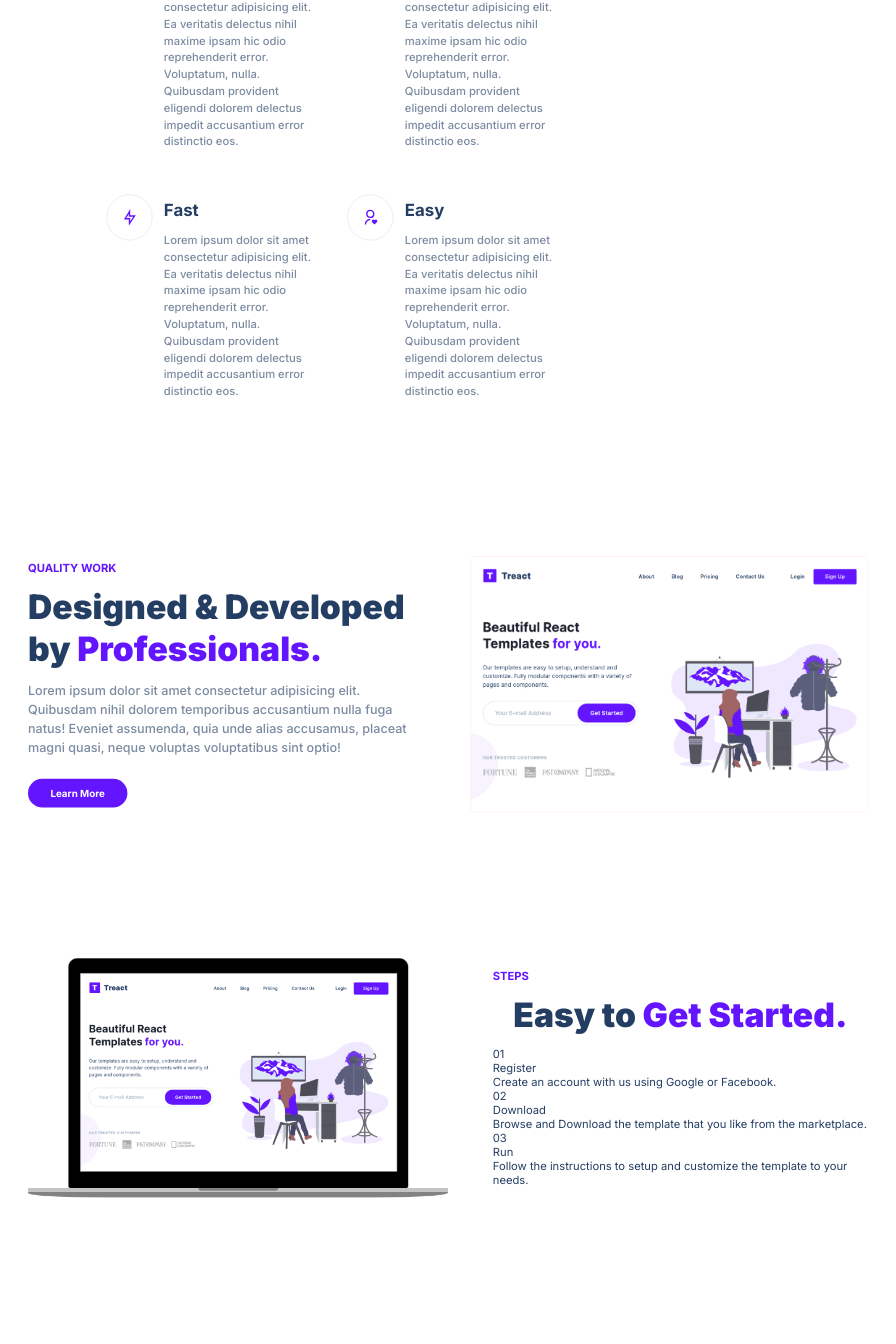
Repository: avivanguyen/m2_fianlProject
Page: index.html
These files come from the project's save history. The page is drawn as it stood at one moment and after a run of saves; the edit follows.
The browser window is 1280 px wide. The pictures show the part of the page from y = 1541 to 3461 px (the page is 3461 px tall before and 3428 px after), at 70% of full size.
Some web libraries are served in a nearby version.

Above is the page before, as saved 2025-12-09 02:27:45.

After the next 3 saves:
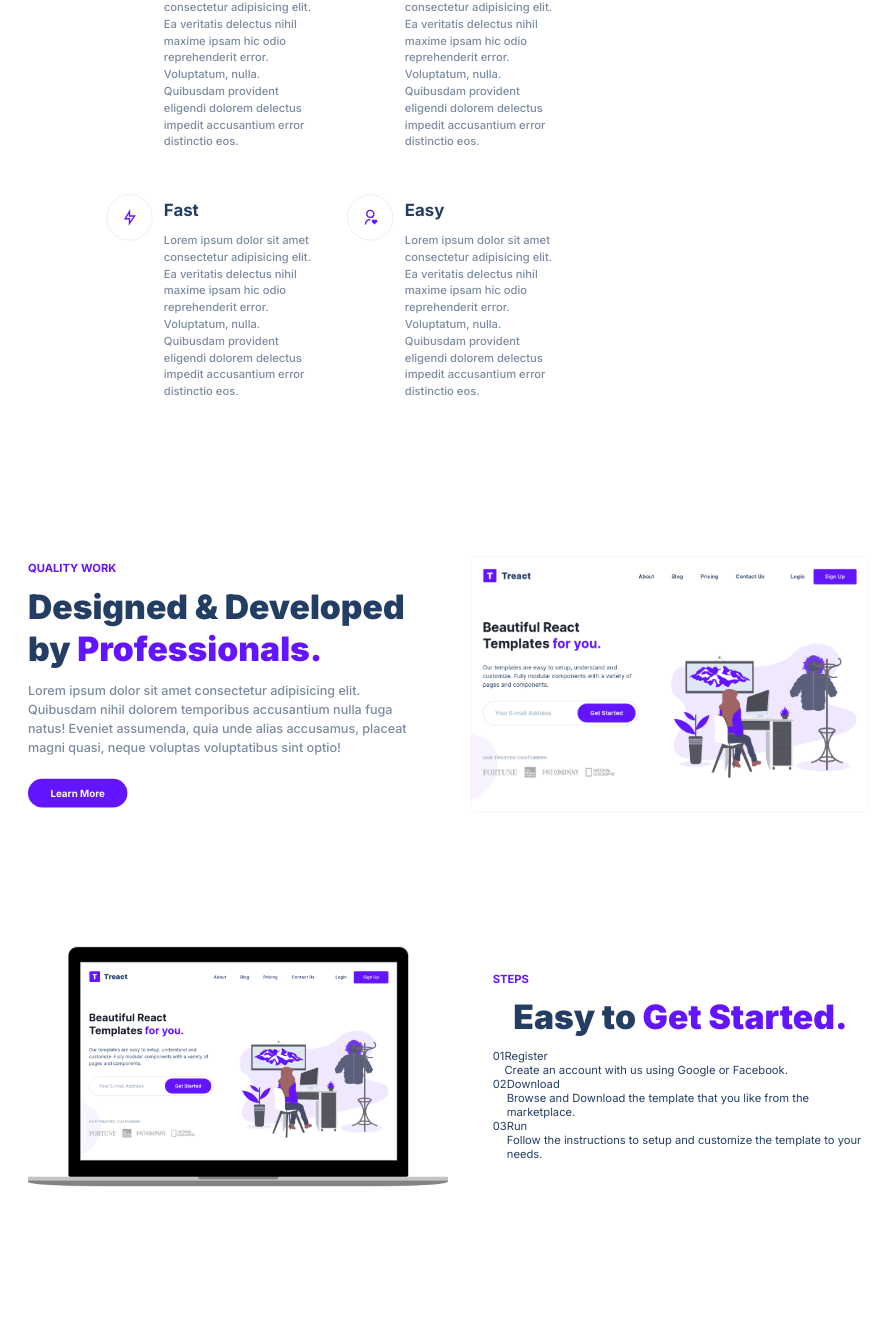
The 3 saves are shown as one change because they came seconds apart.
The last was saved 48 s later.
--- a/styles.css
+++ b/styles.css
@@ -358,3 +358,7 @@ Steps styling
     padding: 32px 0;
     padding-left: 64px;
 }
+
+.step {
+    display: flex;
+}
